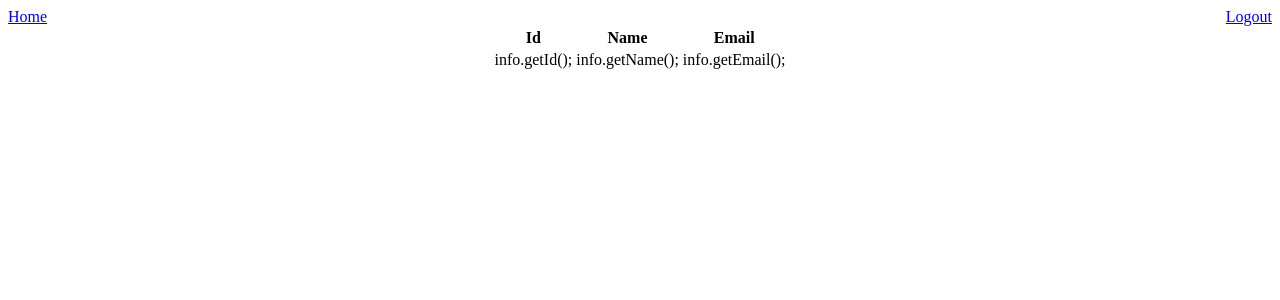
Repository: abhinavk718/servlet-project
Page: http://localhost/empwebapp/search.jsp
The author's editor kept a copy of each file at every save. The page is drawn from the files as they stood at one save, then again after the next save.
The browser window is 1280 px wide. The pictures show the whole page.
The page is served by Tomcat 9.

Above is the page before, as saved 2019-11-18 13:10:18.

After the next save:
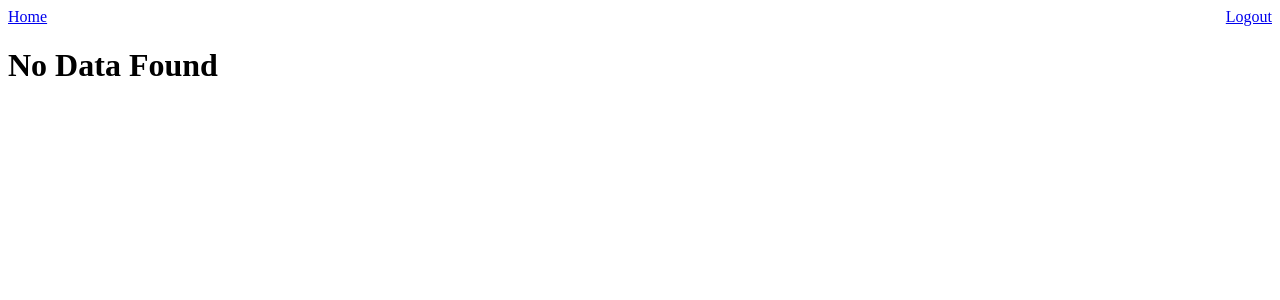
Saved 3 h 24 min later.
--- a/empwebapp/WebContent/search.jsp
+++ b/empwebapp/WebContent/search.jsp
@@ -4,30 +4,30 @@
 <!DOCTYPE html>
 <html>
 <head>
+   <meta charset="ISO-8859-1">
+   <title>Insert title here</title>
+</head>
 <%
    EmployeeInfo info=(EmployeeInfo)request.getAttribute("info");
 %>
-<meta charset="ISO-8859-1">
-<title>Insert title here</title>
-</head>
 <body>
      <a href='./home'>Home</a>
      <a style='float:right' href='./logout'>Logout</a>
+     <%if(info!=null){%>
      <table align='center'>
      <tr>
-     <th>Id</th><th>Name</th><th>Email</th>
+       <th>Id</th>
+       <th>Name</th>
+       <th>Email</th>
      </tr>
      <tr>
-     <td>
-     info.getId();
-     </td>
-     <td>
-     info.getName();
-     </td>
-     <td>
-     info.getEmail();
-     </td>
+       <td><%=info.getId() %></td>
+       <td><%=info.getName() %></td>
+       <td><%=info.getEmail()%></td>
      </tr>
-     </table>
+    </table>
+    <%}else{ %>
+    <h1>No Data Found</h1>
+    <%} %>
 </body>
 </html>
